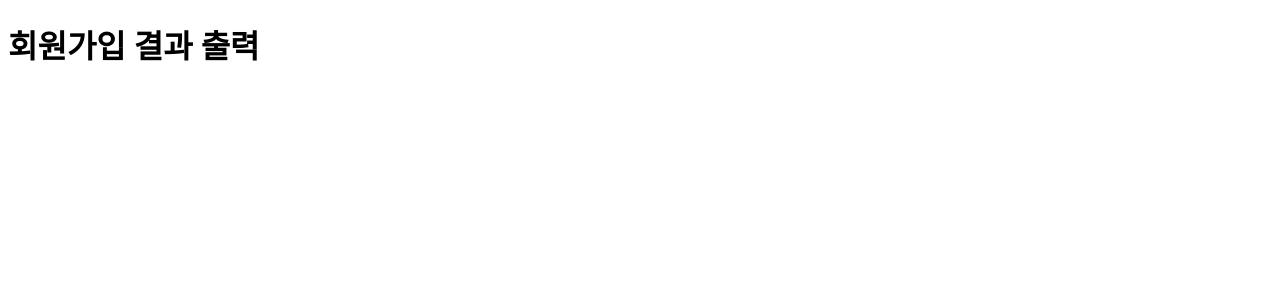
Repository: Pen-nek/spring
Page: http://localhost/simpleMVC/result.jsp
The author's editor kept a copy of each file at every save. The page is drawn from the files as they stood at one save, then again after the next save.
The browser window is 1280 px wide. The pictures show the whole page.
The page is served by Tomcat 9.

Above is the page before, as saved 2019-09-11 02:33:45.

After the next save:
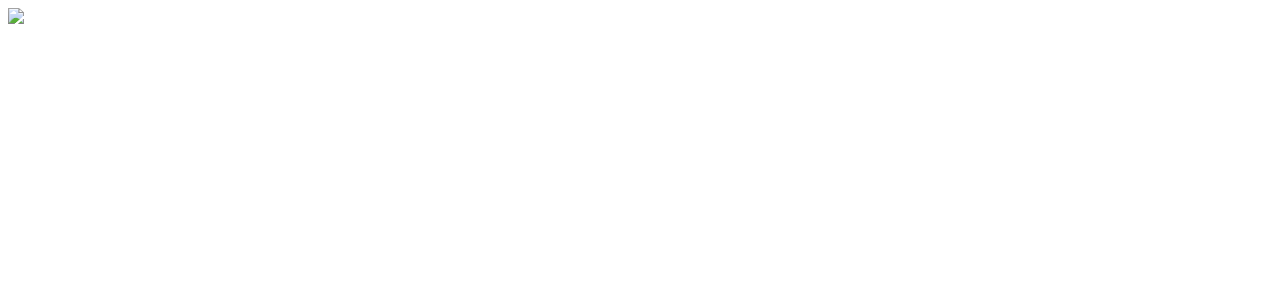
Saved 2 min 14 s later.
--- a/simpleMVC/WebContent/result.jsp
+++ b/simpleMVC/WebContent/result.jsp
@@ -9,5 +9,9 @@
 </head>
 <body>
 	<h1>회원가입 결과 출력</h1>
+	<%
+		request.getAttribute("user");
+		UserDataBean
+	%>
 </body>
 </html>

After the 2 saves that followed:
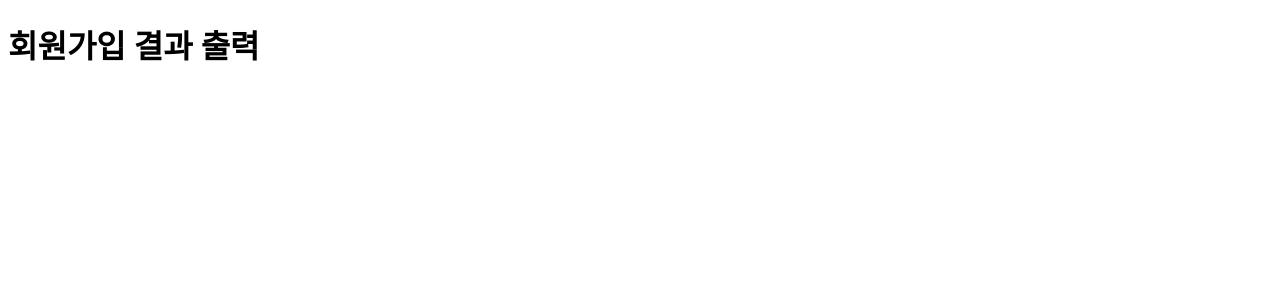
The 2 saves are shown as one change because they came seconds apart.
The last was saved 6 min 23 s later.
--- a/simpleMVC/WebContent/result.jsp
+++ b/simpleMVC/WebContent/result.jsp
@@ -10,8 +10,7 @@
 <body>
 	<h1>회원가입 결과 출력</h1>
 	<%
-		request.getAttribute("user");
-		UserDataBean
+		UserDataBean user2 = (UserDataBean)request.getAttribute("user");
 	%>
 </body>
 </html>
